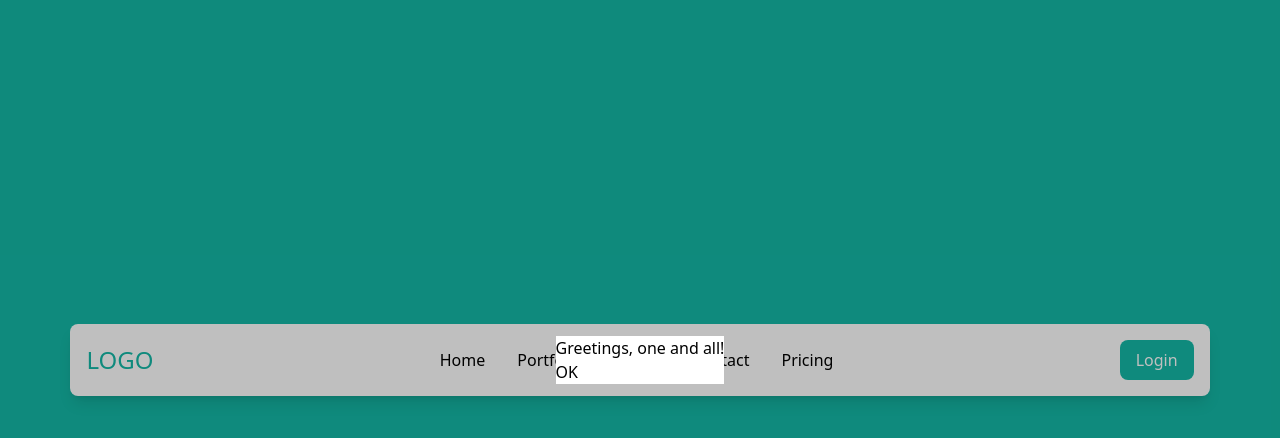
Repository: DevAntonioRogers/react-modal-with-dialog
Page: /, after clicking the first element matching `button.px-4`
These files come from the project's save history. The page is drawn as it stood at one moment and after the next save; the edit follows.
The browser window is 1280 px wide. The pictures show the whole page.
The project was rebuilt for these pictures with package versions that can differ from the ones it lists, and the page was loaded fresh each time. Also part of the build but not shown: vite.config.ts.

Above is the page before, as saved 2023-05-10 09:11:45.

### src/App.tsx
import { useState } from "react";

function App() {
  const [showModal, setShowModal] = useState(false);

  return (
    <>
      <div className="flex items-center justify-center w-screen h-screen bg-teal-500 relative">
        <nav className="flex justify-between items-center p-4 w-[89%] bg-white m-auto rounded-lg shadow-lg">
          <div>
            <h1 className="text-2xl text-teal-500">LOGO</h1>
          </div>

          <ul className="flex items-center gap-8">
            <li>
              <a href="#">Home</a>
            </li>
            <li>
              <a href="#">Portfolio</a>
            </li>
            <li>
              <a href="#">About</a>
            </li>
            <li>
              <a href="#">Contact</a>
            </li>
            <li>
              <a href="#">Pricing</a>
            </li>
          </ul>

          <button
            onClick={() => setShowModal(!showModal)}
            className="px-4 py-2 bg-teal-500 text-white rounded-lg cursor-pointer"
          >
            Login
          </button>
        </nav>
        {showModal && (
          <div className="absolute w-screen h-screen bg-black/25 flex justify-center items-center">
            <dialog open className="top-[50">
              <p>Greetings, one and all!</p>
              <form method="dialog">
                <button>OK</button>
              </form>
            </dialog>
          </div>
        )}
      </div>
    </>
  );
}

export default App;

Loaded but not shown: index.html (common file); src/main.tsx (common file); src/index.css (common file); tailwind.config.js (common file)

After the next save:
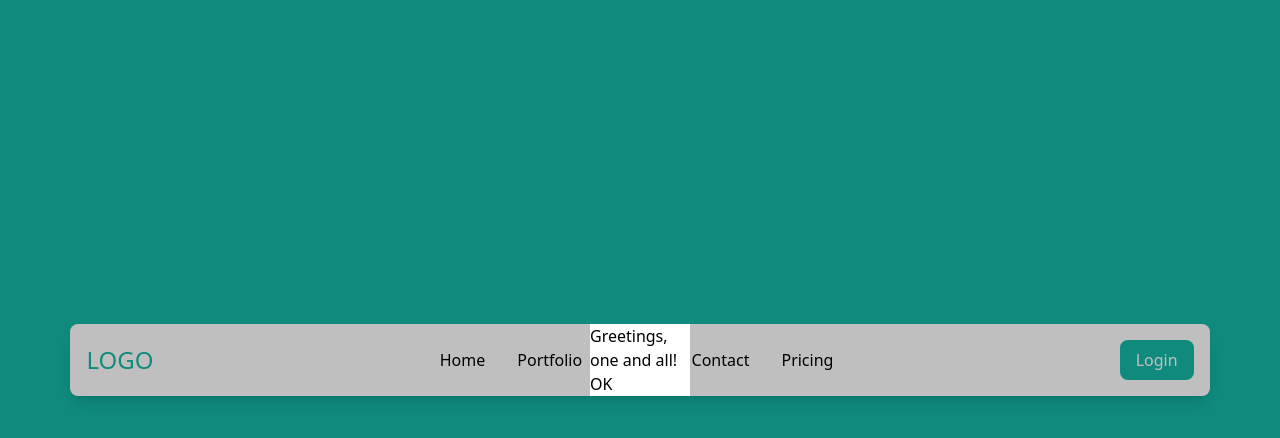
Saved 30 s later.
--- a/src/App.tsx
+++ b/src/App.tsx
@@ -38,7 +38,7 @@ function App() {
         </nav>
         {showModal && (
           <div className="absolute w-screen h-screen bg-black/25 flex justify-center items-center">
-            <dialog open className="top-[50">
+            <dialog open className="w-[100px]">
               <p>Greetings, one and all!</p>
               <form method="dialog">
                 <button>OK</button>
